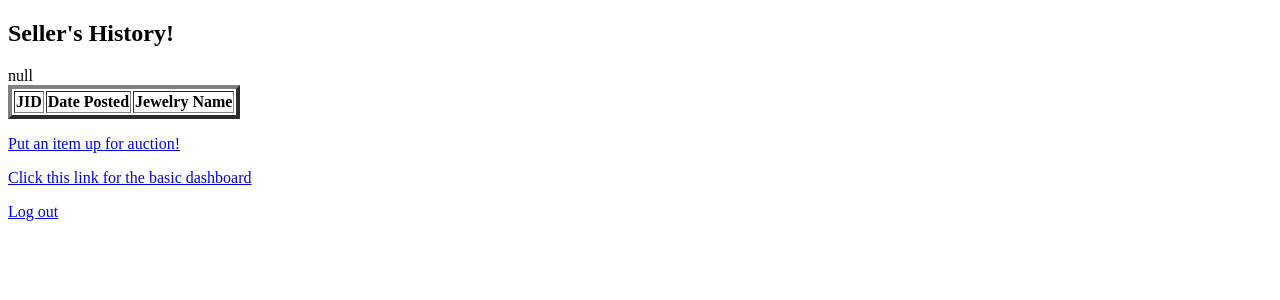
Repository: nicholaschiarulli/AuctionWebApp
Page: http://localhost/cs336Final/sellerHistory.jsp
These files come from the project's save history. The page is drawn as it stood at one moment and after the next save; the edit follows.
The browser window is 1280 px wide. The pictures show the whole page.
The page is served by Tomcat 9. Queries for data that is not in the repository find no rows.

Above is the page before, as saved 2019-04-02 21:51:25.

### cs336Final/WebContent/sellerHistory.jsp
<%@ page language="java" contentType="text/html; charset=ISO-8859-1"
pageEncoding="ISO-8859-1" import="com.cs336.pkg.*"%>
<%@ page import="java.io.*,java.util.*,java.sql.*"%>
<%@ page import="javax.servlet.http.*,javax.servlet.*"%>
<!DOCTYPE html PUBLIC "-//W3C//DTD HTML 4.01 Transitional//EN" "http://www.w3.org/TR/html4/loose.dtd">
<html>
<meta http-equiv="Content-Type" content="text/html; charset=ISO-8859-1">
<title>Seller's History</title>
</head>
<body>
<h2>Seller's History!</h2>

<table border='4'>
<tr>
<th>JID</th>
<th>Date Posted</th>
<th>Jewelry Name</th>
</tr>
<%
try {
	ApplicationDB db = new ApplicationDB();
	Connection con = db.getConnection();

	Statement stmt = con.createStatement();

	String email_username = request.getParameter("id");; //"jack@gmail.com";
	out.println(email_username);

	String str = "SELECT p.JID,p.datePosted, j.name FROM Post as p, jewelry as j WHERE seller_email=" + "'"+email_username+"' and p.JID = j.jewelryID;" ;

	ResultSet result = stmt.executeQuery(str);

	if(result != null){
		while(result.next()){
			String jID = result.getString("p.JID");

			String DatePosted= result.getString("p.datePosted");

			String jName = result.getString("j.name");

		out.print("<th> "+ jID + "</th>");
		out.print("<th> "+ DatePosted + "</th>");
		out.print("<th>"+ jName + "</th></tr>");
	}


	out.println("</table>");
	out.println("<p><a href='auction.jsp'>Put an item up for auction!</a><p>");

	con.close();
	}

}


catch (Exception ex) {
out.println(ex);
out.println("error");
}
%>

<p><a href='dash.jsp'>Click this link for the basic dashboard</a></p>
<p><a href='logout.jsp'>Log out</a></p>
</body>
</html>

### cs336Final/src/com/cs336/pkg/ApplicationDB.java
package com.cs336.pkg;

import java.sql.Connection;
import java.sql.DriverManager;
import java.sql.SQLException;

public class ApplicationDB {

	public ApplicationDB(){

	}

	public Connection getConnection(){

		//Create a connection string
		String connectionUrl = "jdbc:mysql://auctiondb.coab5jepywet.us-east-2.rds.amazonaws.com:3306/BarBeerDrinkerSample";
		Connection connection = null;

		try {
			//Load JDBC driver - the interface standardizing the connection procedure. Look at WEB-INF\lib for a mysql connector jar file, otherwise it fails.
			Class.forName("com.mysql.jdbc.Driver").newInstance();
		} catch (InstantiationException e) {
			// TODO Auto-generated catch block
			e.printStackTrace();
		} catch (IllegalAccessException e) {
			// TODO Auto-generated catch block
			e.printStackTrace();
		} catch (ClassNotFoundException e) {
			// TODO Auto-generated catch block
			e.printStackTrace();
		}
		try {
			//Create a connection to your DB
			connection = DriverManager.getConnection(connectionUrl,"nickchiarulli", "QPfl87utzH0");
		} catch (SQLException e) {
			// TODO Auto-generated catch block
			e.printStackTrace();
		}

		return connection;

	}

	public void closeConnection(Connection connection){
		try {
			connection.close();
		} catch (SQLException e) {
			// TODO Auto-generated catch block
			e.printStackTrace();
		}
	}





	public static void main(String[] args) {
		ApplicationDB dao = new ApplicationDB();
		Connection connection = dao.getConnection();

		System.out.println(connection);
		dao.closeConnection(connection);
	}



}

After the next save:
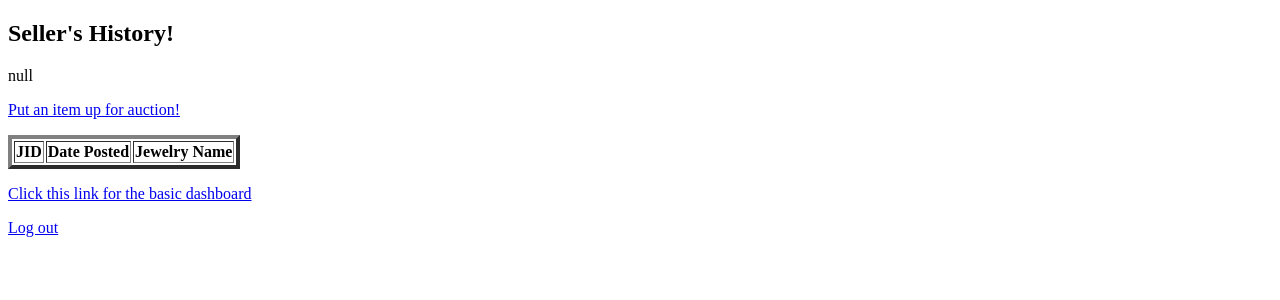
Saved 3 min 23 s later.
--- a/cs336Final/WebContent/sellerHistory.jsp
+++ b/cs336Final/WebContent/sellerHistory.jsp
@@ -38,13 +38,13 @@ try {
 
 			String jName = result.getString("j.name");
 
-		out.print("<th> "+ jID + "</th>");
+		out.print("<tr><th> "+ jID + "</th>");
 		out.print("<th> "+ DatePosted + "</th>");
 		out.print("<th>"+ jName + "</th></tr>");
 	}
 
 
-	out.println("</table>");
+	//out.println("</table>");
 	out.println("<p><a href='auction.jsp'>Put an item up for auction!</a><p>");
 
 	con.close();
@@ -58,8 +58,9 @@ out.println(ex);
 out.println("error");
 }
 %>
-
+</table>
 <p><a href='dash.jsp'>Click this link for the basic dashboard</a></p>
 <p><a href='logout.jsp'>Log out</a></p>
+
 </body>
 </html>
